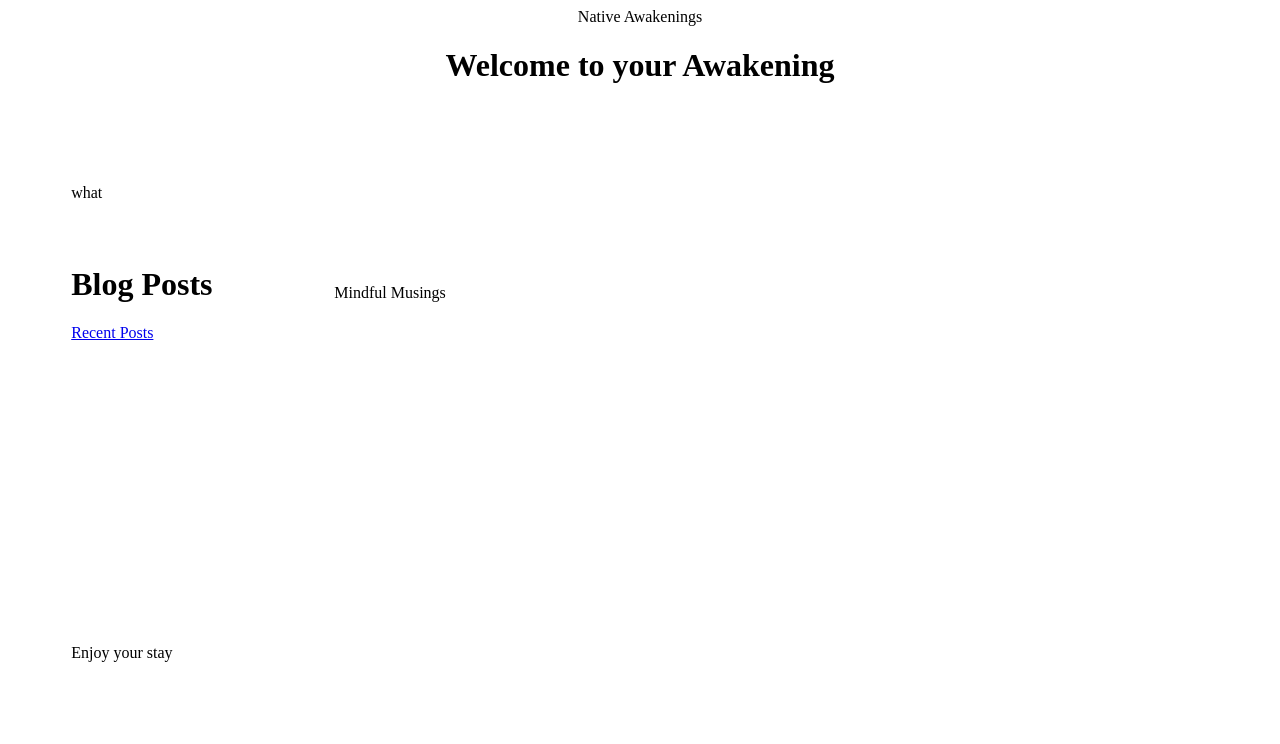
Repository: Gregg-Hendrix/blog-project
Page: index.html
The author's editor kept a copy of each file at every save. The page is drawn from the files as they stood at one save, then again after the next save.
The browser window is 1280 px wide. The pictures show the whole page.

Above is the page before, as saved 2021-03-15 13:59:39.

### index.html
<!DOCTYPE html>
<html lang="en">
    <head>
        <meta charset="utf-8">
        <title>Native Awakenings</title>
        <meta content="width=device-width, initial-scale=1, maximum-scale=1" name="viewport"/>
        <link rel="stylesheet" href="stylesheet.css">

         </head>
    <body>
        <! -- This aligns the items to the top of the screen -->
            <header class="header">Native Awakenings</header>
            <h1 class="intro">Welcome to your Awakening</h1>
            <div class="container">
            <nav>what</nav>
            <article class="container">Mindful Musings</article>
            <sidebar class="sidebar"><h1>Blog Posts</h1><a href="meditation.html">Recent Posts</a></sidebar>
            <footer class="footer">Enjoy your stay</footer>
        </div>
    </body>
</html>

### stylesheet.css
.header{
    display: flex;
        flex-direction: row;
        justify-content: center;
        border: indigo;
}
.intro{
    display: flex;
        flex-direction: row;
        justify-content: center;
        border: indigo;
}
.container{
    display: grid;
    width: 90%;
    margin: auto;
    margin-top: 100px;
    grid-template-columns: 40px repeat(7 1fr);
    grid-template-rows: 60px 400px 1fr;
    grid-template-areas:
    "hd hd hd hd hd hd hd hd"
    "sd main main main main main main main"
    "ft ft ft ft ft ft ft ft";
}

    .box {
        border: 1px solid rebeccapurple;
        background: #F8FA9D;
    }

    .header{
        grid-area: hd;
    }

    .sidebar{
        grid-area: sd;
    }

    .content{
        grid-area: main;
    }

    .footer{
        grid-area: ft;
    }

After the next save:
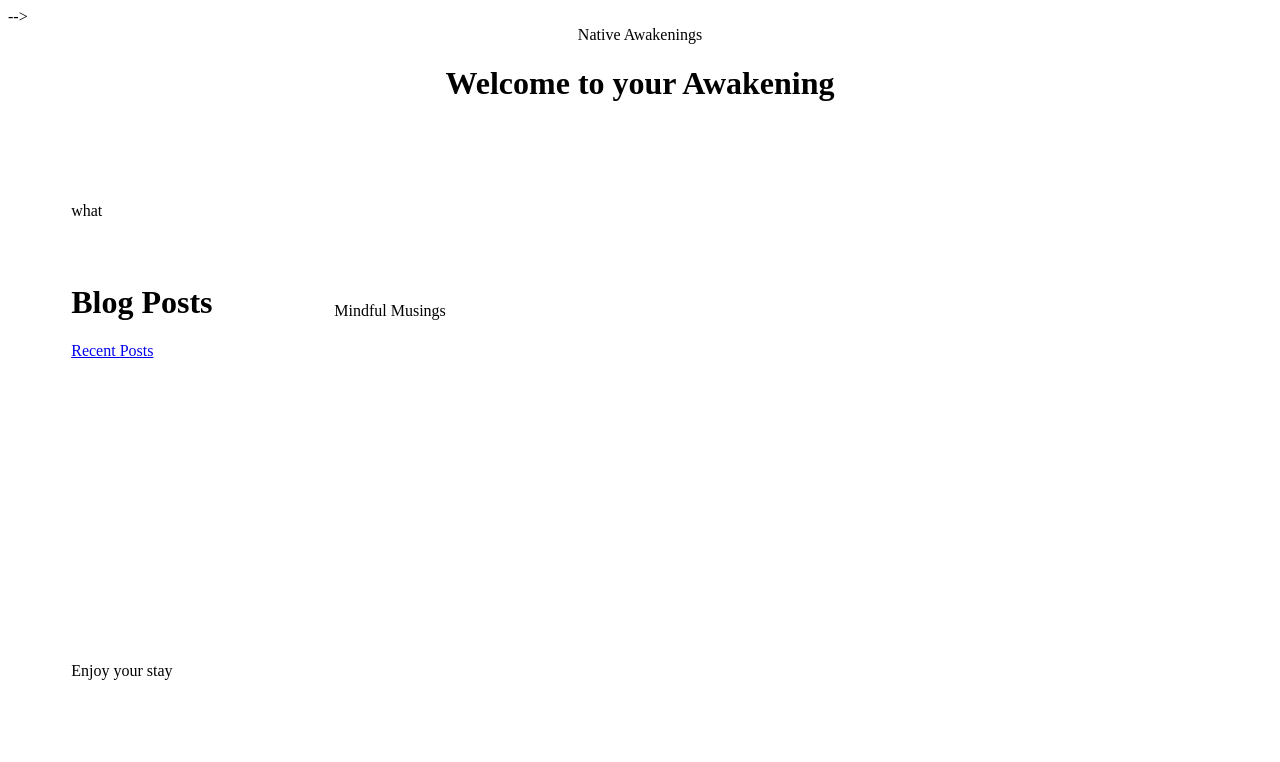
Saved 2 min 20 s later.
--- a/index.html
+++ b/index.html
@@ -8,7 +8,7 @@
 
          </head>
     <body>
-        <! -- This aligns the items to the top of the screen -->
+        <!-- <! -- This aligns the items to the top of the screen --> -->
             <header class="header">Native Awakenings</header>
             <h1 class="intro">Welcome to your Awakening</h1>
             <div class="container">

After the save that followed:
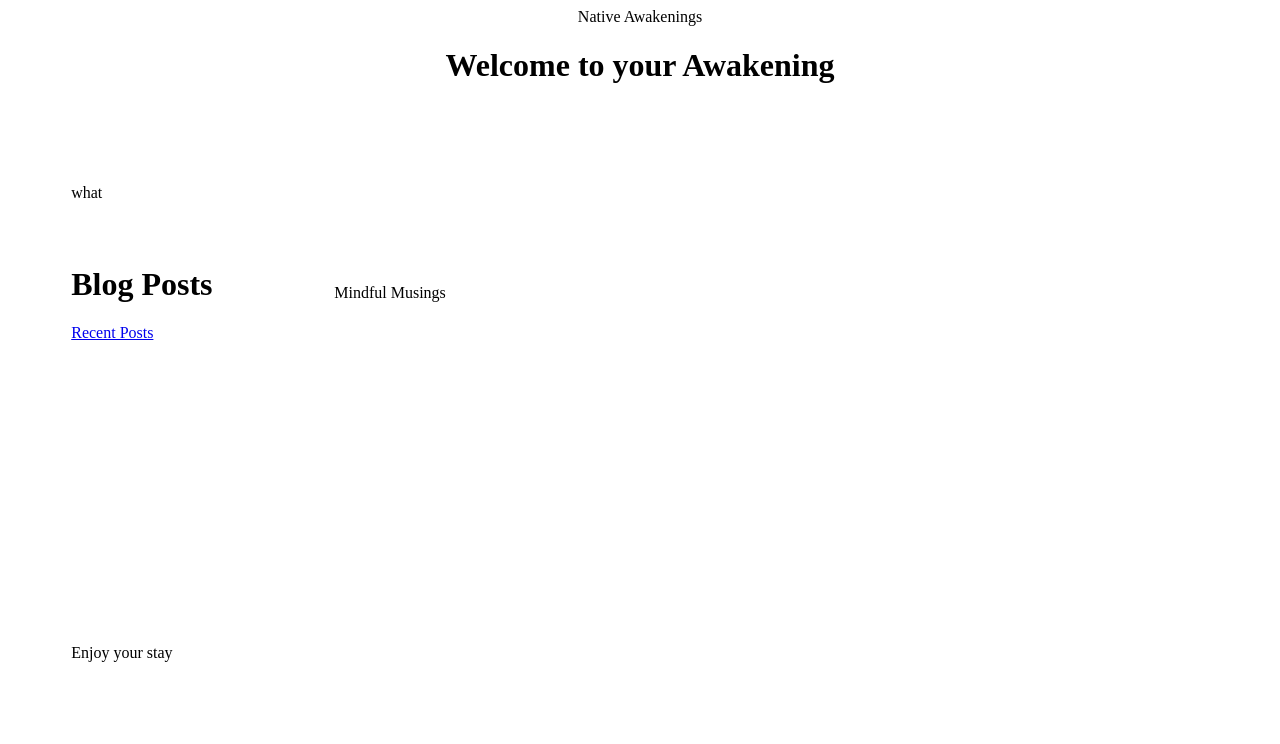
Saved 10 s later.
--- a/index.html
+++ b/index.html
@@ -8,7 +8,7 @@
 
          </head>
     <body>
-        <!-- <! -- This aligns the items to the top of the screen --> -->
+        <!--  -->
             <header class="header">Native Awakenings</header>
             <h1 class="intro">Welcome to your Awakening</h1>
             <div class="container">
